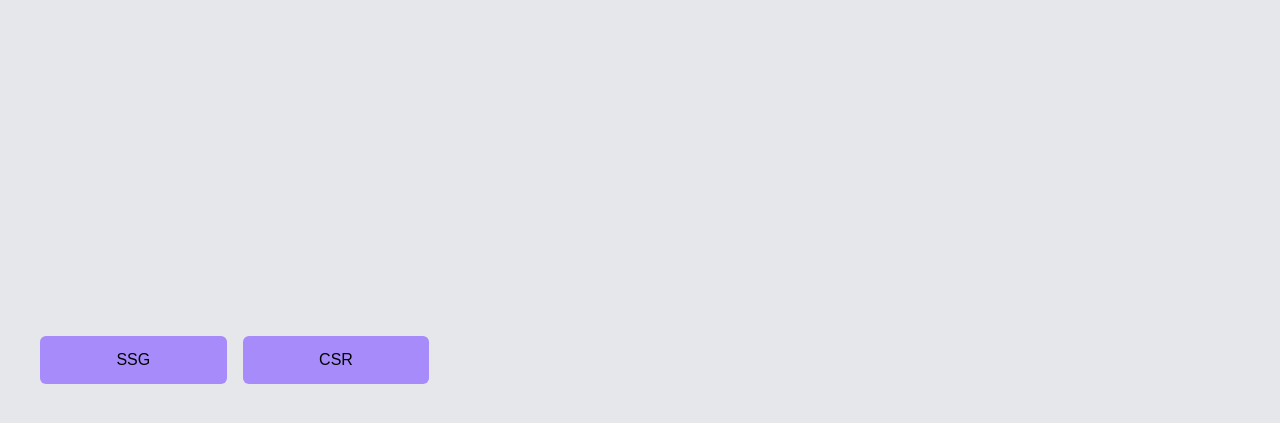
Repository: Marcus20119/Study_nextjs
Page: /
These files come from the project's save history. The page is drawn as it stood at one moment and after the next save; the edit follows.
The browser window is 1280 px wide. The pictures show the whole page.
The project was rebuilt for these pictures with package versions that can differ from the ones it lists, and the page was loaded fresh each time. The framework's server and built-in components were replaced by stand-ins that run in the browser. Also part of the build but not shown: next.config.js.

Above is the page before, as saved 2023-04-06 11:43:13.

After the next save:
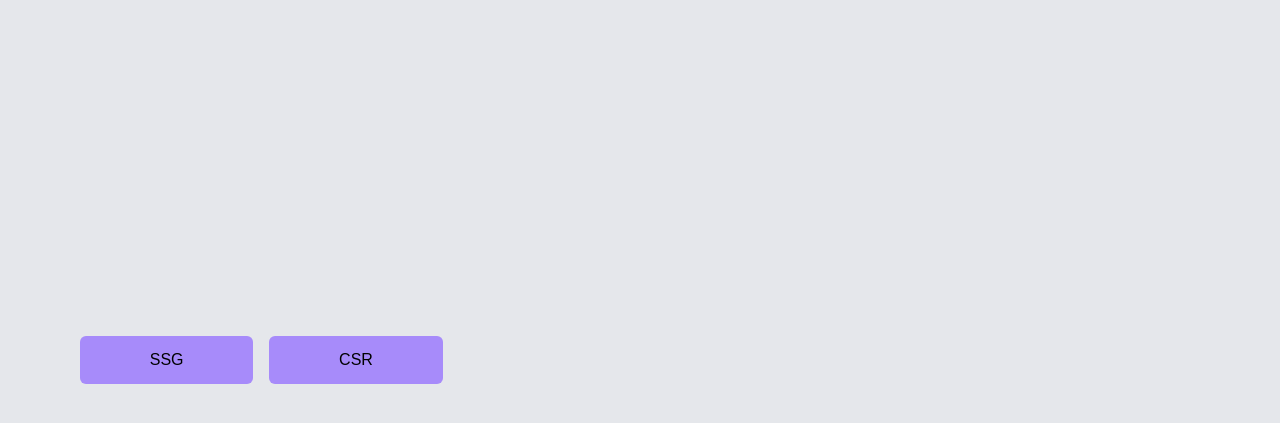
Saved 5 s later.
--- a/pages/index.tsx
+++ b/pages/index.tsx
@@ -24,7 +24,7 @@ export default function Home() {
   return (
     <>
       <div
-        className="w-full flex justify-center items-center p-10"
+        className="w-full flex justify-center items-center p-20"
         style={{
           height: '100vh',
           maxHeight: '-webkit-fill-available',
